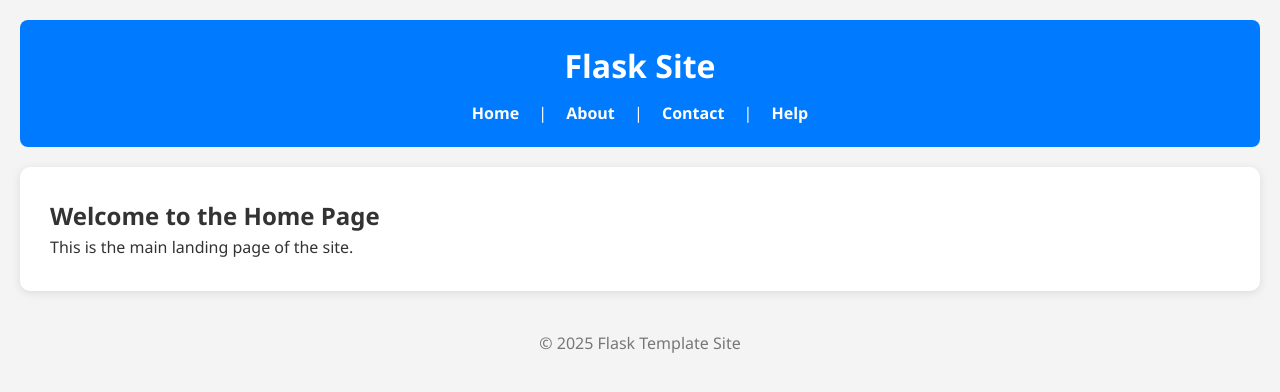
Repository: ankitg-02/FLASK
Page: http://localhost/
These files come from the project's save history. The page is drawn as it stood at one moment and after the next save; the edit follows.
The browser window is 1280 px wide. The pictures show the whole page.
The page is served by the project's application, run on Flask 3 (app.py).

Above is the page before, as saved 2025-05-19 13:02:24.

After the next save:
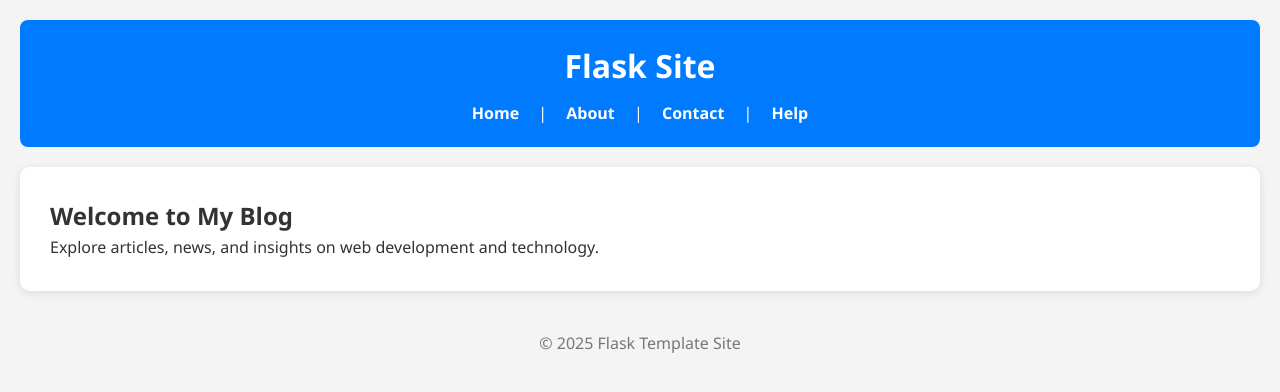
Saved 21 s later.
--- a/Project2/templates/index.html
+++ b/Project2/templates/index.html
@@ -1,5 +1,5 @@
-{% extends 'base.html' %} {% block title %}Home - Flask Site{% endblock %} {%
-block content %}
-<h2>Welcome to the Home Page</h2>
-<p>This is the main landing page of the site.</p>
+{% extends 'base.html' %} {% block title %}Home - My Blog{% endblock %} {% block
+content %}
+<h2>Welcome to My Blog</h2>
+<p>Explore articles, news, and insights on web development and technology.</p>
 {% endblock %}
